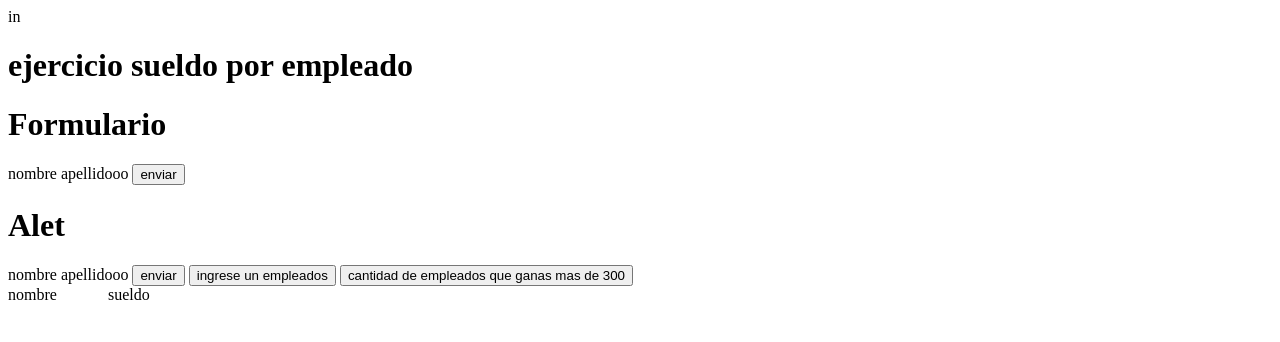
Repository: wolfmarcos/Ej-FormSesionEmpleados
Page: sueldoempleado.html
These files come from the project's save history. The page is drawn as it stood at one moment and after the next save; the edit follows.
The browser window is 1280 px wide. The pictures show the whole page.

Above is the page before, as saved 2022-07-26 13:34:02.

### sueldoempleado.html
<!DOCTYPE html>
<html lang="en">

<head>
    <meta charset="UTF-8">
    <meta http-equiv="X-UA-Compatible" content="IE=edge">
    <meta name="viewport" content="width=device-width, initial-scale=1.0">
    <link rel="stylesheet" href="ej1.css">
    <title>Document</title>
</head>

<body>
    in
    <h1>ejercicio sueldo por empleado</h1>


    <h1>Formulario</h1>
    <form action="./ej1.js" name="form" method="post">
        <leibel>nombre</leibel>
        <leibel>apellidooo</leibel>
        <imput type="text"/>

            <button type="submit"> enviar</button>
    </form>


    <h1>Alet</h1>
    <form action="./ej1.js" name="form" method="post">
<leibel>nombre</leibel>


<leibel>apellidooo</leibel>
<imput type="text" maxlengt="30" placeholder="nombre"></imput>
<imput type="text">

<button type="submit"> enviar</button>
    </form>




    <button id="agregarHTML">ingrese un empleados</button>

    <button id="empleadosMas300">cantidad de empleados que ganas mas de 300 </button>

    <div class="contenedorR">
        <div>nombre</div>
        <div>sueldo</div>
        <div class="datos"></div>

    </div>


    <script src="ej1.js"></script>
</body>

<div>
    <br>




</div>



</html>

### ej1.css
.contenedorR{ display: grid;

    grid-template-columns: repeat(2 ,100px)}

### ej1.js
// En una empresa trabajan n empleados cuyos  nombre y sueldo se carga por un formulario desde el celular. sueldos oscilan entre $100 y $500,
//  realizar un programa que lea los sueldos que cobra cada empleado e informe cuántos empleados cobran menos de  $200  en una tabla y mas de $300  en otra tabla
//  recuerde cargar los datos como  un nuevo objeto. Además el programa deberá informar el importe que gasta la empresa en sueldos total del personal.
let aprobados = 0;
let i= 0;
let repeticion = true;
resu=document.querySelector(".contenedorR2")

datos=document.querySelector(".datos")
// let arrayDesaprobados = []
const empleados = [];
let resud="";

// let emp = new Empleados;
document.querySelector("#agregarHTML").addEventListener("click", (e) => {


    while(repeticion == true){
        let nombre= prompt("empleado: ");
        let sueldo= parseInt(prompt("sueldo: "));
        //   empleados[i]=[nombre,sueldo,(i+"pepito") ] ;
        //  empleados[i].push(nombre,sueldo );
        empleados[i]={nomebres:nombre,sueldos:sueldo,id:(i+"pepito") }
        i = i + 1;
        repeticion=confirm("ingresar otro  empleado")
    };
    //   Object.values()
    for (let cada of empleados){console.log(cada.sueldos);};


});


// empleados.forEach( cada => console.log( cada["nomebres"]));


document.querySelector("#empleadosMas300").addEventListener("click", (e) => {
    console.log(typeof empleados[0].sueldos)
const emas300= empleados.filter((x)=>x.sueldos>300)
console.log(emas300)
for (let cada of emas300){console.log( cada[1]);};


for (n of emas300){
    resud+= `<div>${n.nomebres}</div>  <div>${n.sueldos}</div>`
    // '<div>'+n.nomebres+'</div>'+'<div>'+n.sueldos+'</div>'
    ___________________________
    //     <div>${n.nomebres}</div>
    //      <div>${n.sueldos}</div>
    ___________________________

console.log(resud)

}
___________________________
// datos.outerHTML=
// `<div class="contenedorR">
// <div>nombre</div>
// <div>sueldo</div>
// ${resud}
// </div>`
___________________________
datos.outerHTML=resud;



})



 // let sueldo= parseFloat(prompt("suldo: "));
        //  new emp(nombre,sueldo)

// console.log("aprobaron: " + aprobados)
// console.log(arrayAprobados);
// console.log("desaprobaron: " + desaprobados)
// console.log(arrayDesaprobados);

After the next save:
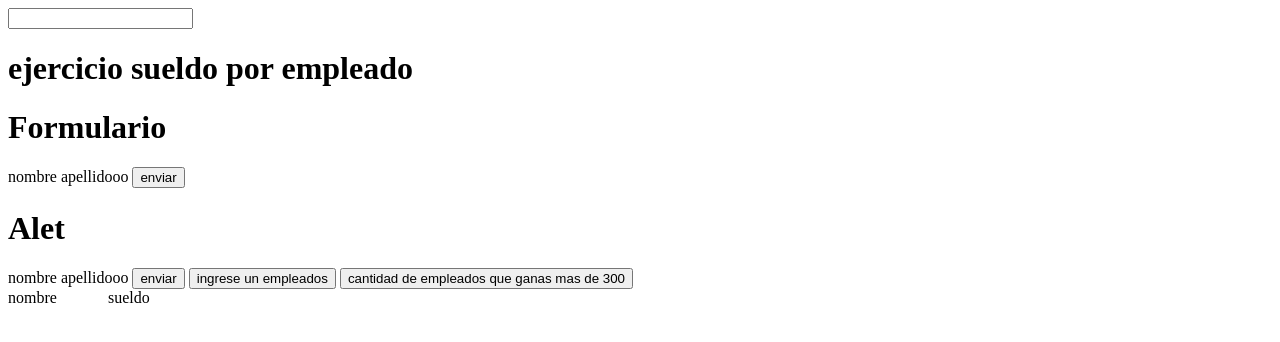
Saved 5 s later.
--- a/sueldoempleado.html
+++ b/sueldoempleado.html
@@ -10,7 +10,7 @@
 </head>
 
 <body>
-    in
+    <input type="text">
     <h1>ejercicio sueldo por empleado</h1>
 
 
